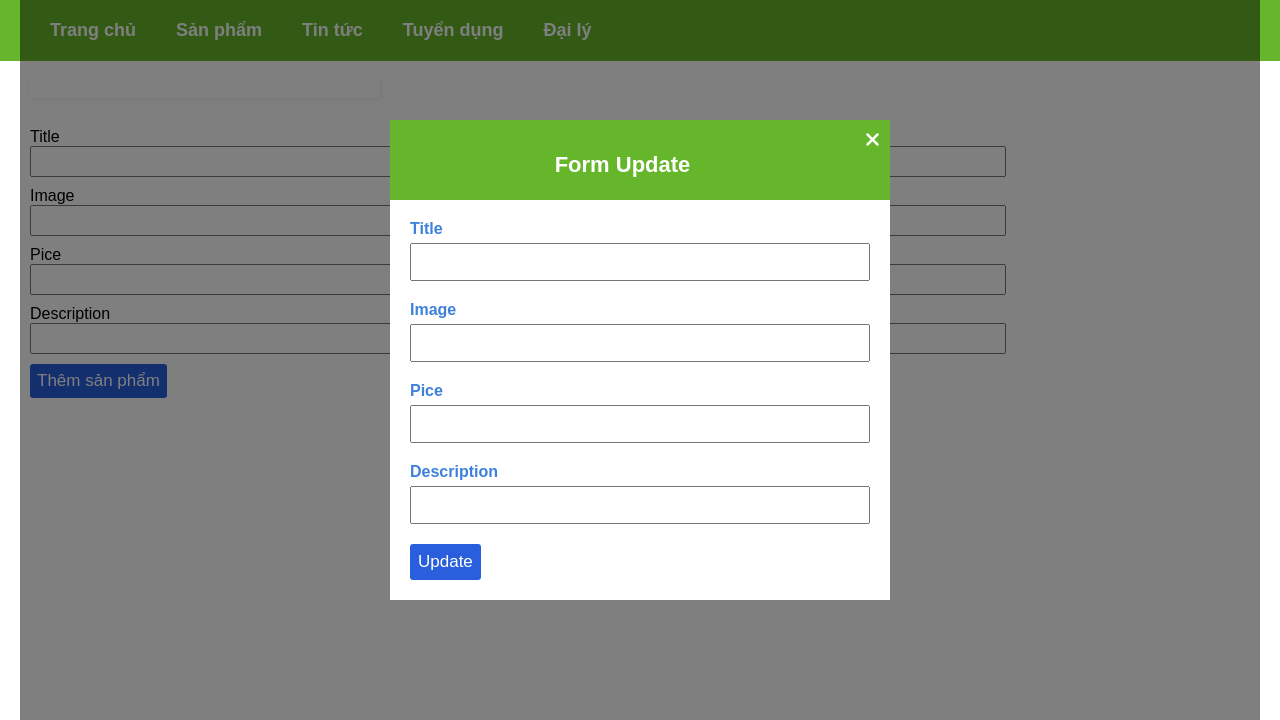
Repository: Ngoc28/CURD_HTML-CSS_JS_JSON
Page: index.html
The author's editor kept a copy of each file at every save. The page is drawn from the files as they stood at one save, then again after the next save.
The browser window is 1280 px wide. The pictures show the whole page.
The page's requests for data from a server got no answer.

Above is the page before, as saved 2023-04-11 10:04:36.

After the next save:
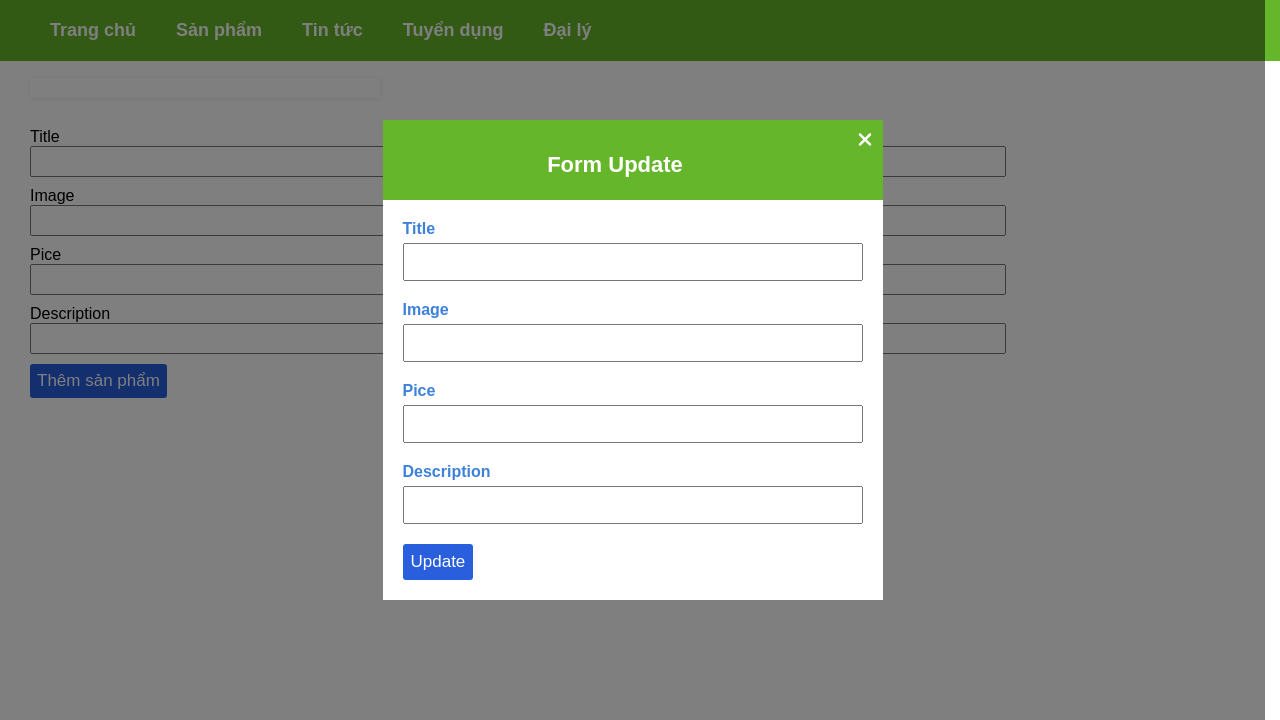
Saved 40 s later.
--- a/asset/css/style.css
+++ b/asset/css/style.css
@@ -182,7 +182,7 @@ body {
     display: flex;
     align-items: center;
     justify-content: center;
-    margin: 0 20px;
+    max-width: calc(100% - 15px);
 }
 
 .modal {
